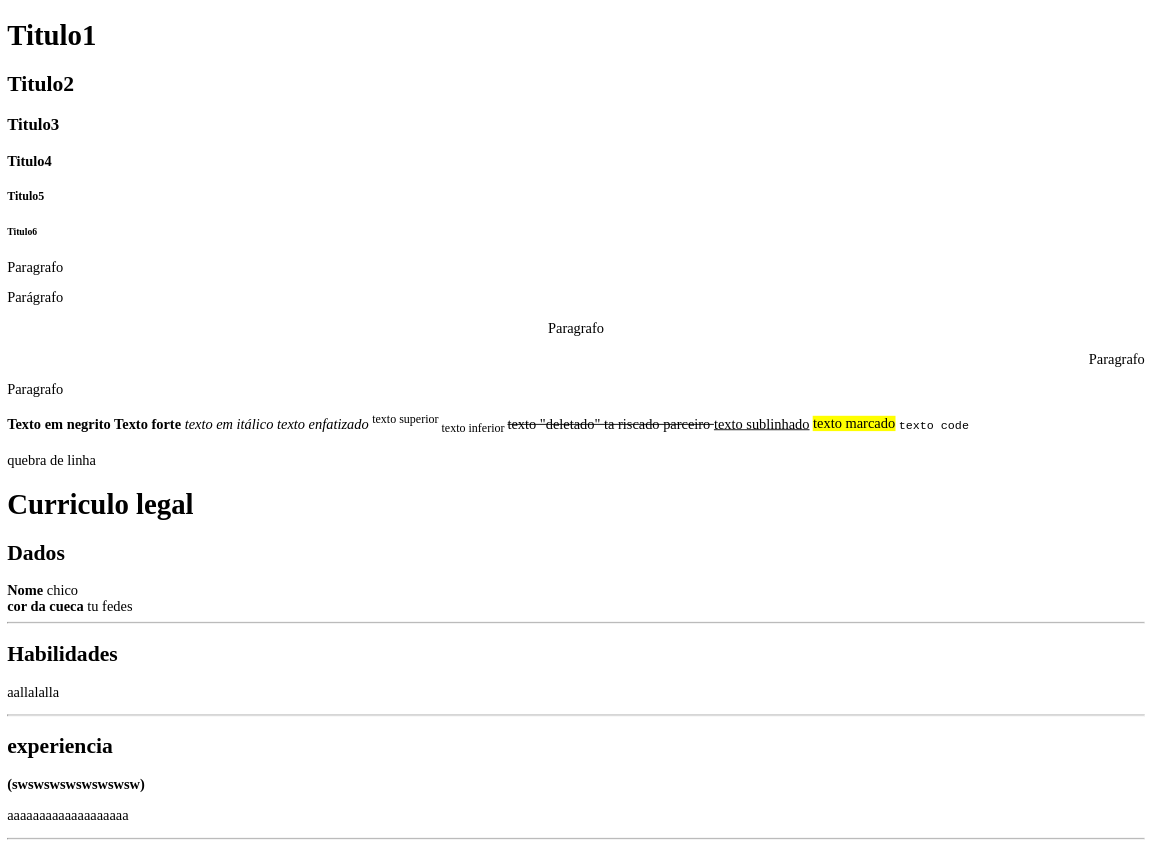
Repository: EmanuelUrbano/introducao_a_tecnologias
Page: estudos/estudo_html/index.html
An editor plug-in stored every save of this project. The page is shown before and after the next save, followed by the edit.
The browser window is 1280 px wide. The pictures show the whole page, at 90% of full size.

Above is the page before, as saved 2022-04-03 13:34:46.

### estudos/estudo_html/index.html
<!DOCTYPE html>
<html>
    <head>
        <meta chaset="UTF-8">
        <title>Estudos</title>
    </head>
    <body>
        <h1>Titulo1</h1>
        <h2>Titulo2</h2>
        <h3>Titulo3</h3>
        <h4>Titulo4</h4>
        <h5>Titulo5</h5>
        <h6>Titulo6</h6>
        <p>Paragrafo</p>
        <p align="left">Parágrafo</p>
        <p align="center">Paragrafo</p>
        <p align="right">Paragrafo</p>
        <p align="justify">Paragrafo</p>
        <b>Texto em negrito </b>
        <strong>Texto forte </strong>
        <i>texto em itálico </i>
        <em>texto enfatizado </em>
        <sup>texto superior </sup>
        <sub>texto inferior </sub>
        <del>texto "deletado" ta riscado parceiro </del>
        <ins>texto sublinhado</ins>
        <mark>texto marcado</mark>
        <code>texto code</code>
        <br>
        <br>
        quebra de linha
        <br>
        <!--comentario legal-->

        <!--cabeçalho curriculo e nome de quem é o curriculo-->
        <h1>Curriculo legal</h1>
        <!--Seção de dados pessoais-->
        <section>
            <!--Titulo seção-->
            <h2>Dados</h2>
            <!--"formulário"-->
            <b> Nome </b>chico <br>
            <b>cor da cueca </b>tu fedes<br>
        </section>
        <!--linha de separação-->
        <hr>
        <!--Seção de Habilidades e competencias-->
        <section>
            <!--Titulo seção-->
            <h2>Habilidades</h2>
            <!--Paragrafo descritivo-->
            <p>aallalalla</p>
        </section>
        <!--linha de separação-->
        <hr>
        <!--Seção de experiencia profissional-->
        <section>
            <!--Titulo seção-->
            <h2>experiencia</h2>
            <!--ano inicial final e nome da empresa-->
            <b>(swswswswswswswsw)</b>
            <!--Paragrafo descritivo da experiencia-->
            <p>aaaaaaaaaaaaaaaaaaa</p>
        </section>
        <!--linha de separação-->
        <hr>
        <!--seção de formação Academica-->
            <!--Titulo seção-->
            <!--ano inicial final e nome da escola-->
        <!--linha de separação-->

        <!--Formação complementar-->
            <!--Titulo seção-->
            <!--ano inicial final e nome do curso-->
        <!--linha de separação-->
    </body>
</html>

After the next save:
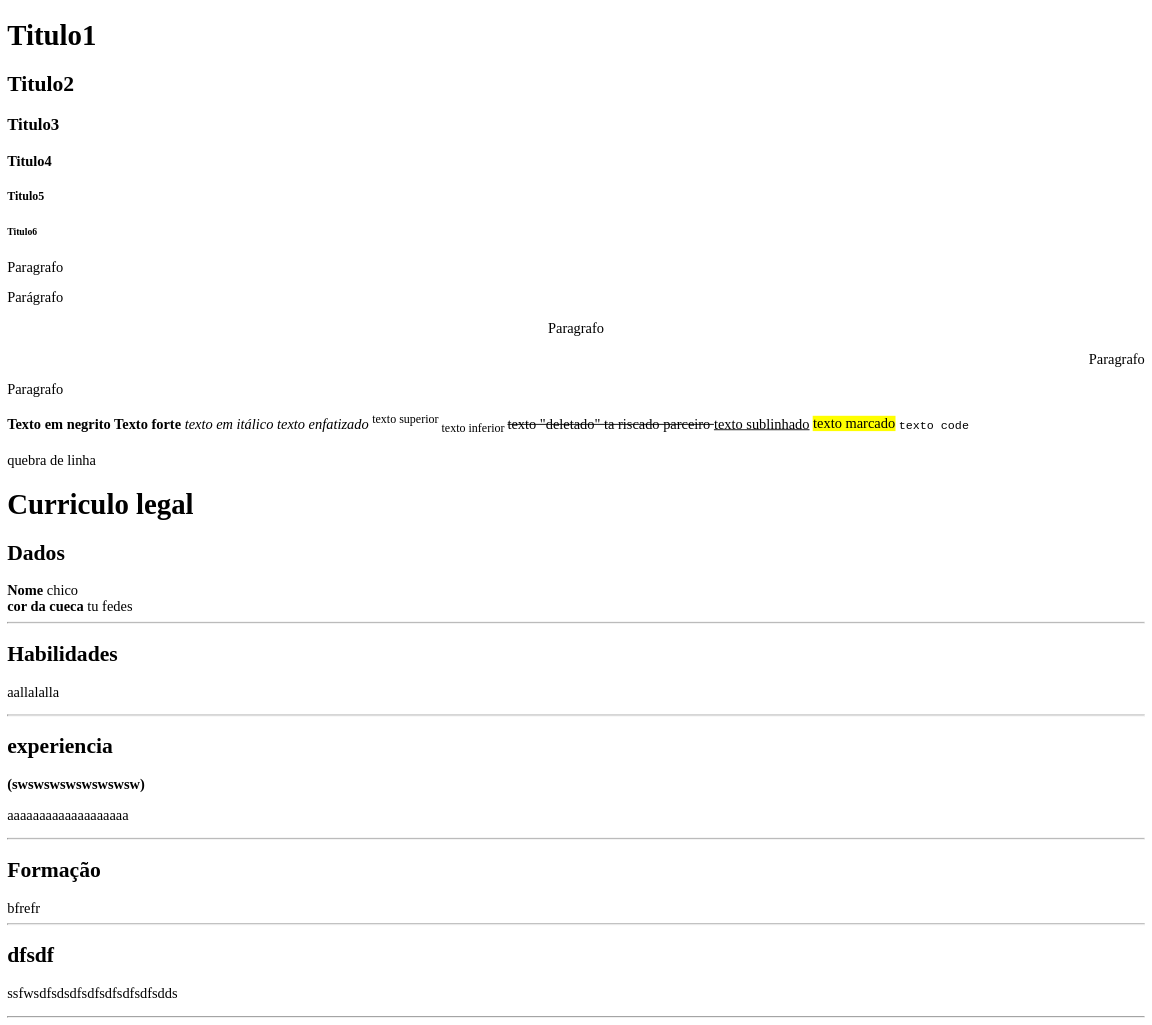
Saved 6 min 8 s later.
--- a/estudos/estudo_html/index.html
+++ b/estudos/estudo_html/index.html
@@ -65,13 +65,22 @@
         <!--linha de separação-->
         <hr>
         <!--seção de formação Academica-->
+        <section>
             <!--Titulo seção-->
+            <h2>Formação</h2>
             <!--ano inicial final e nome da escola-->
+            bfrefr
+        </section>
         <!--linha de separação-->
-
+        <hr>
         <!--Formação complementar-->
+        <section>
             <!--Titulo seção-->
+            <h2>dfsdf</h2>
             <!--ano inicial final e nome do curso-->
+            <p>ssfwsdfsdsdfsdfsdfsdfsdfsdds</p>
+        </section>
         <!--linha de separação-->
+        <hr>
     </body>
 </html>
